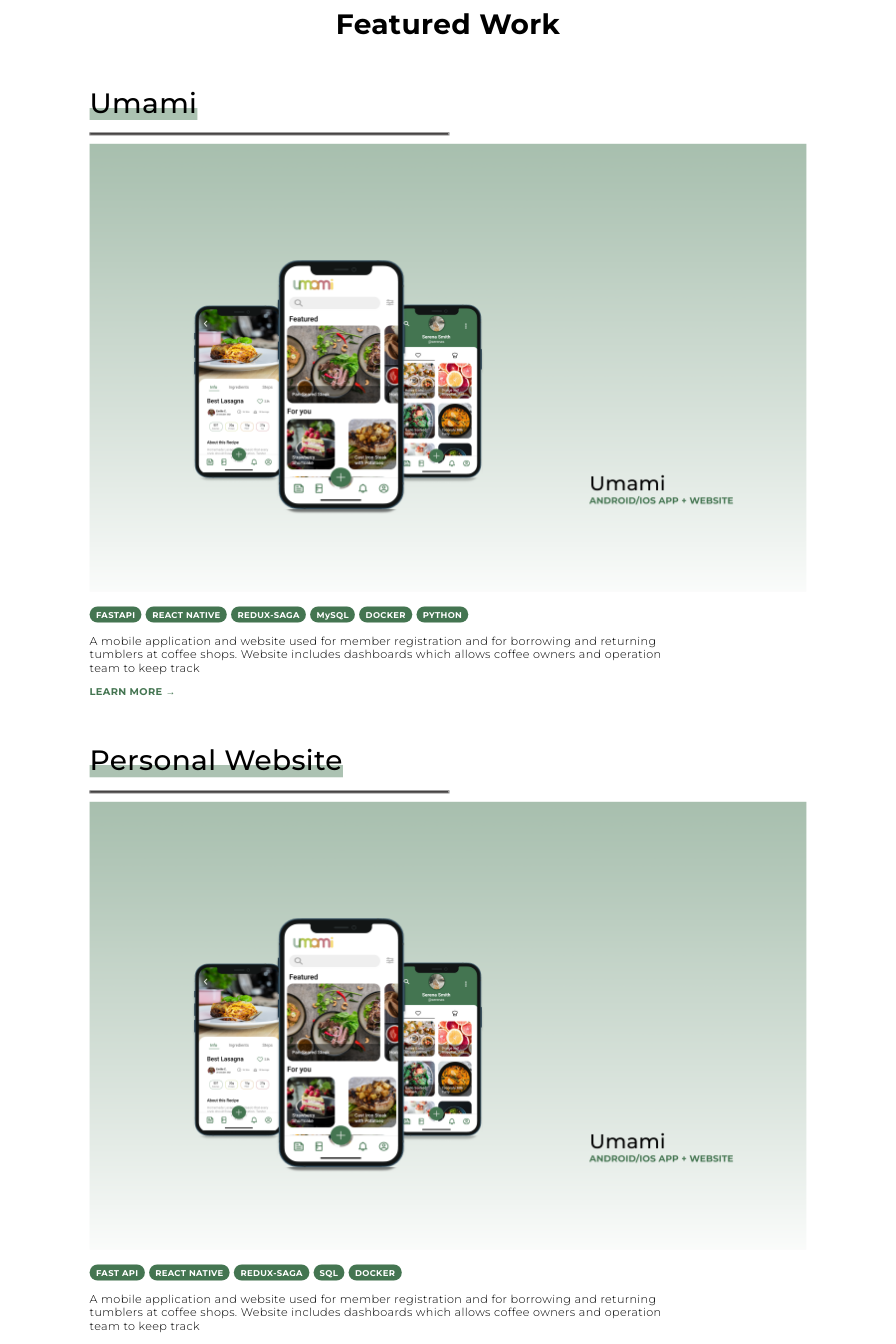
Repository: TangMartin/martintang
Page: index.html
The author's editor kept a copy of each file at every save. The page is drawn from the files as they stood at one save, then again after the next save.
The browser window is 1280 px wide. The pictures show the part of the page from y = 998 to 2918 px (the page is 2918 px tall), at 70% of full size.

Above is the page before, as saved 2021-11-24 21:45:20.

### index.html
<!DOCTYPE html>

<html>
    <head>
        <link href="./styles/style.css" rel="stylesheet">
        <link rel="preconnect" href="https://fonts.googleapis.com">
        <link rel="preconnect" href="https://fonts.gstatic.com" crossorigin>
        <link href="https://fonts.googleapis.com/css2?family=Montserrat:wght@300;500;700&display=swap" rel="stylesheet">
        <title> Martin Tang</title>
    </head>

    <body>
        <!-- Nav Bar-->
        <!-- Main Page-->
        <div class="flex-main">
            <!-- Left Box-->
            <div class="flex-left">
                <h1>Hello! <span class="wave">👋🏻</span> </h1>
                <h1>I'm Martin Tang</h1>
                <hr style="height:5px; width:15%; margin-left:0; background-color:#222020; display: inline-block">
                <h3>I'm a <strong>developer</strong> who believes in leveraging technology to build a more inclusive, ethical and innovative future. </h3>
                <h3>I strive to create genuine relationships and values for both businesses, organizations, and users.</h3>
            </div>
            <!-- Right Box-->
            <div class="flex-right">
                <div class="image-stack">
                    <a style="grid-column: 8; grid-row: 10; cursor: pointer; --turn-radius: 12deg; cursor: pointer;" href="./Martin_Tang_Resume.pdf" target="_blank" download>
                        <img src="./assets/polaroids/Resume.png"/>
                    </a>
                    <img style="grid-column: 3; grid-row: 1; --turn-radius: -12deg;" src="./assets/polaroids/Apsc100.png" />
                    <img style="grid-column: 1; grid-row: 7; --turn-radius: -12deg;" src="./assets/polaroids/Sunset.png" />
                    <img style="grid-column: 7; grid-row: 5; --turn-radius: 15deg;" src="./assets/polaroids/Hongkongpng.png" />
                    <a style="grid-column: 3; grid-row: 12; --turn-radius: -12deg; cursor: pointer;" href="./pages/aboutme.html">
                        <img src="./assets/polaroids/Aboutme.png" />
                    </a>
                    <img style="grid-column: 4; grid-row: 5; --turn-radius: -4deg;"src="./assets/polaroids/Jetski.png" />
                    <a style="grid-column: 5; grid-row: 9; --turn-radius: 10deg; cursor: pointer;" href="#featuredwork">
                        <img src="./assets/polaroids/Projects.png"/>
                    </a>
                </div>
            </div>
        </div>
        <div class="featured_work" id="featuredwork">
            <!-- Featured Work -->
            <h1 style="text-align: center; padding-top: 5rem;"> Featured Work </h1>
            <ul class="work_list">

                <!-- Umami -->
                <li class="work_item">
                    <h1><span class="highlight" style="--highlighter-color: #ACC2B2;">Umami</span></h1>
                    <hr style="height:2.5px; width:50%; margin-left:0; background-color:#222020; display: inline-block; margin">
                    <img class="work_image" src="./assets/images/Umami.png" />
                    <div class="technologies">
                        <p>FASTAPI</p>
                        <p>REACT NATIVE</p>
                        <p>REDUX-SAGA</p>
                        <p>MySQL</p>
                        <p>DOCKER</p>
                        <p>PYTHON</p>
                    </div>
                    <p class="work_description">
                        A mobile application and website used for member registration and for borrowing and returning tumblers at coffee shops.  Website includes dashboards which allows coffee owners and operation team to keep track
                    </p>
                    <h3> LEARN MORE → </h3>
                </li>

                <!-- Personal Website -->
                <li class="work_item">
                    <h1><span class="highlight" style="--highlighter-color: #ACC2B2">Personal Website</span></h1>
                    <hr style="height:2.5px; width:50%; margin-left:0; background-color:#222020; display: inline-block">
                    <img class="work_image" src="./assets/images/Umami.png" />
                    <div class="technologies">
                        <p>FAST API</p>
                        <p>REACT NATIVE</p>
                        <p>REDUX-SAGA</p>
                        <p>SQL</p>
                        <p>DOCKER</p>
                    </div>
                    <p class="work_description">
                        A mobile application and website used for member registration and for borrowing and returning tumblers at coffee shops.  Website includes dashboards which allows coffee owners and operation team to keep track
                    </p>
                </li>

            </ul>
        </div>
    </body>
</html>

### styles/style.css
:root {
    --highlighter-color: #EEDF5B;
    --umami-color: #447551;
    --turn-radius: 6deg;
}

html{
    scroll-behavior: smooth;
}
body {
    max-width: 70rem;
    margin-right: auto;
    margin-left: auto;
    width: 80vw;
    padding-top: 2rem;
}

body,
h1,
h2,
h3,
h4,
h5 {
  font-family: 'Montserrat', sans-serif;
  letter-spacing: 0.5px;
}

h3 {
    margin-top: 10px;
    color: #222020;
    font-size: 20px;
    font-weight: 300;
}

/* MAIN PAGE */
.flex-main {
    display: flex;
    flex-direction: row;
}
.flex-main h1 {
    display: flex;
    flex-direction: row;
    font-size: 50px;
    margin: 5px 0px 10px 0px;
}

.flex-left {
    width: 40%;
    padding-top: 23%;
    padding-bottom: 2%;
}
.flex-right {
    width: 60%;
}
.image-stack{
    display: grid;
    grid-template-columns: repeat(12, 55px);
    grid-template-rows: repeat(19, 48px);
    padding-left: 10%;

}
.image-stack img {
    transition: all 0.3s ease-in-out 0s;
}
.image-stack img:hover {
    transform: rotate(var(--turn-radius));
    transition: all 0.3s ease-in-out 0s;
}

.wave {
    animation-name: wave-animation;  /* Refers to the name of your @keyframes element below */
    animation-duration: 2.5s;        /* Change to speed up or slow down */
    animation-iteration-count: infinite;  /* Never stop waving :) */
    transform-origin: 70% 70%;       /* Pivot around the bottom-left palm */
    display: inline-block;
  }

  @keyframes wave-animation {
      0% { transform: rotate( 0.0deg) }
     10% { transform: rotate(14.0deg) }  /* The following five values can be played with to make the waving more or less extreme */
     20% { transform: rotate(-8.0deg) }
     30% { transform: rotate(14.0deg) }
     40% { transform: rotate(-4.0deg) }
     50% { transform: rotate(10.0deg) }
     60% { transform: rotate( 0.0deg) }  /* Reset for the last half to pause */
    100% { transform: rotate( 0.0deg) }
  }

/* FEATUERED WORK */
.featured_work {
    margin-top: -5%;
}
.featured_work h1 {
    font-size: 40px;
}
.work_list {
    list-style: none;
    padding-left: 0;
}
.work_item {
    margin-top: 4rem;
}
.work_item h1{
    margin-bottom: 1%;
}
.work_item h3{
    font-weight: bold;
    font-size: 14px;
    color: var(--umami-color);
}
.work_image {
    max-width: 100%;
}
.work_description {
    margin-top: 5px;
    font-weight: 300;
    width: 80%;
}
.highlight {
    background: linear-gradient(180deg, #FFFFFF 65%, var(--highlighter-color) 65%);
    font-weight: 400;
}
.technologies {
    margin-top: 5px;
    display: flex;
    flex-direction:row;

}
.technologies p {
    font-size: 12px;
    margin-right: 6px;
    color: #FFFFFF;
    font-weight: 600;
    border-radius:20px;
    padding: 4px 9px 4px 9px;
    background: var(--umami-color);
}

After the next save:
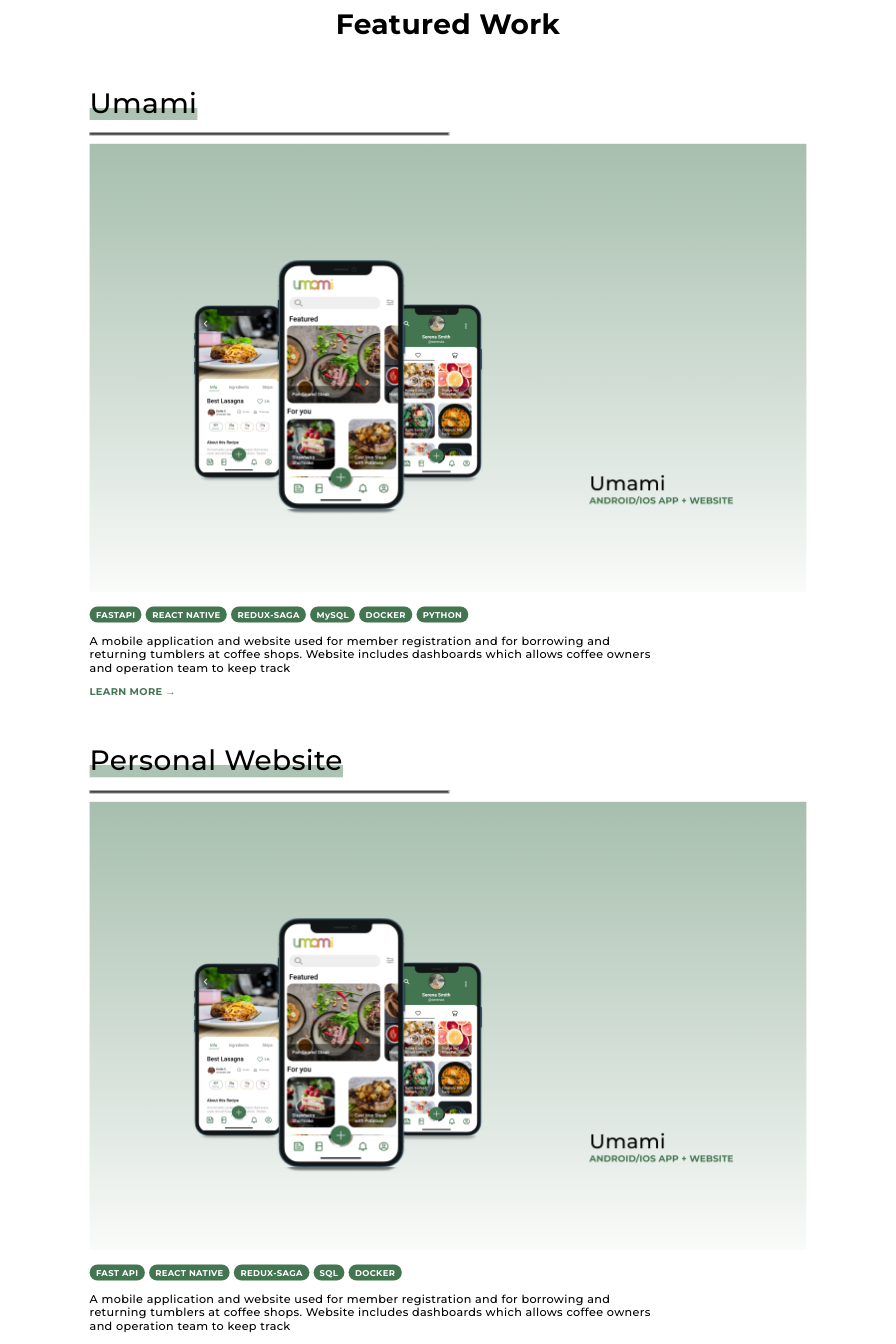
Saved 5 s later.
--- a/styles/style.css
+++ b/styles/style.css
@@ -113,7 +113,7 @@ h3 {
 }
 .work_description {
     margin-top: 5px;
-    font-weight: 300;
+    font-weight: 500;
     width: 80%;
 }
 .highlight {
